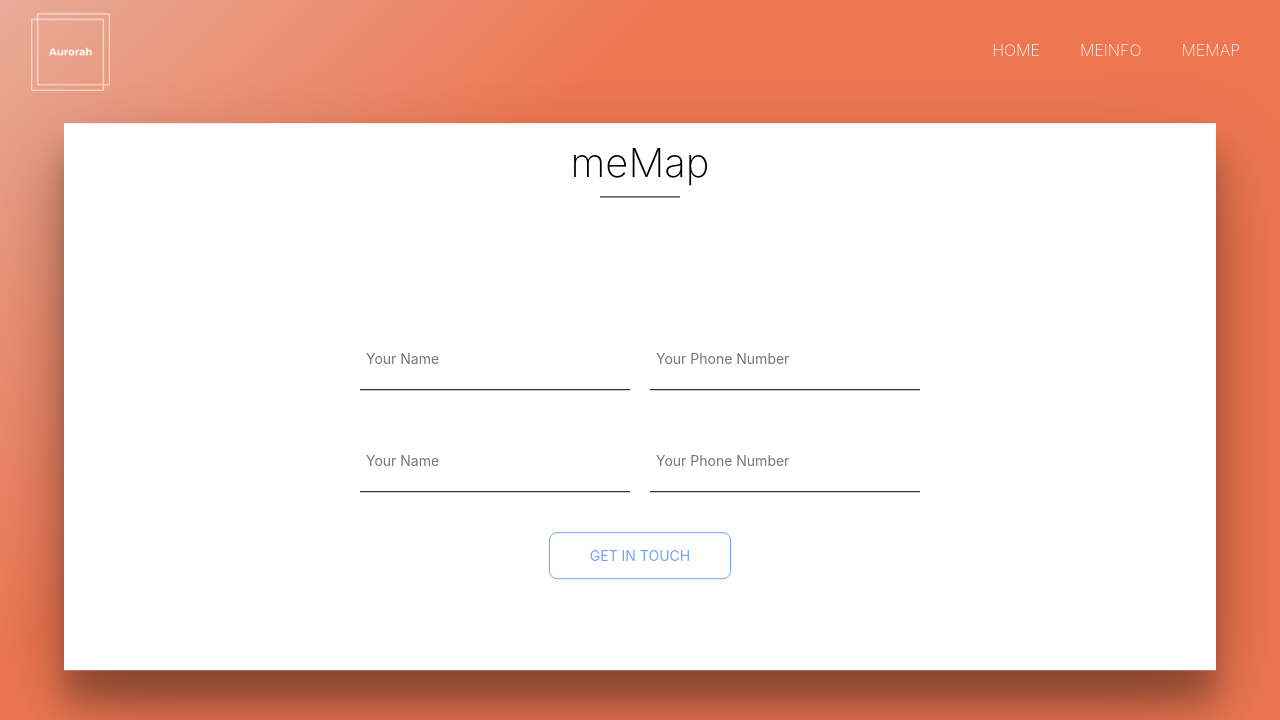
Repository: aasirvalji/saferMe
Page: /alt
An editor plug-in stored every save of this project. The page is shown before and after the next save, followed by the edit.
The browser window is 1280 px wide. The pictures show the whole page.
The project was rebuilt for these pictures with package versions that can differ from the ones it lists, and the page was loaded fresh each time. Also part of the build but not shown: src/components/Landing.js, src/styles/Services.css, src/components/Services.js, src/styles/MapDisplay.css, src/mapStyles.js, src/components/MapDisplay.js, src/styles/AboutDisplay.css, src/components/AboutDisplay.js and 1 more.

Above is the page before, as saved 2020-02-15 12:52:30.

### public/index.html
<!DOCTYPE html>
<html lang="en">
  <head>
    <meta charset="utf-8" />
    <link rel="icon" href="%PUBLIC_URL%/favicon.ico" />
    <meta name="viewport" content="width=device-width, initial-scale=1" />
    <meta name="theme-color" content="#000000" />
    <meta
      name="description"
      content="Web site created using create-react-app"
    />
    <link rel="apple-touch-icon" href="%PUBLIC_URL%/logo192.png" />
    <!--
      manifest.json provides metadata used when your web app is installed on a
      user's mobile device or desktop. See https://developers.google.com/web/fundamentals/web-app-manifest/
    -->
    <link rel="manifest" href="%PUBLIC_URL%/manifest.json" />
    <!--
      Notice the use of %PUBLIC_URL% in the tags above.
      It will be replaced with the URL of the `public` folder during the build.
      Only files inside the `public` folder can be referenced from the HTML.

      Unlike "/favicon.ico" or "favicon.ico", "%PUBLIC_URL%/favicon.ico" will
      work correctly both with client-side routing and a non-root public URL.
      Learn how to configure a non-root public URL by running `npm run build`.
    -->

    <link
    rel="stylesheet"
    href="https://maxcdn.bootstrapcdn.com/bootstrap/4.3.1/css/bootstrap.min.css"
    integrity="sha384-ggOyR0iXCbMQv3Xipma34MD+dH/1fQ784/j6cY/iJTQUOhcWr7x9JvoRxT2MZw1T"
    crossorigin="anonymous"
  />

  <link rel="stylesheet" href="https://use.fontawesome.com/releases/v5.7.2/css/all.css" integrity="sha384-fnmOCqbTlWIlj8LyTjo7mOUStjsKC4pOpQbqyi7RrhN7udi9RwhKkMHpvLbHG9Sr" crossorigin="anonymous">

    <title>Aurorah</title>
  </head>
  <body>
    <noscript>You need to enable JavaScript to run this app.</noscript>
    <div id="root"></div>
    <!--
      This HTML file is a template.
      If you open it directly in the browser, you will see an empty page.

      You can add webfonts, meta tags, or analytics to this file.
      The build step will place the bundled scripts into the <body> tag.

      To begin the development, run `npm start` or `yarn start`.
      To create a production bundle, use `npm run build` or `yarn build`.
    -->
  </body>
</html>

### src/App.js
import React from 'react';
import './App.css';
import Navigate from './components/Navigate'
import Landing from './components/Landing'
import Services from './components/Services'
import MapDisplay from './components/MapDisplay'
import AltDisplay from './components/AltDisplay'
import AboutDisplay from './components/AboutDisplay'

import SampleDisplay from './components/SampleDisplay';


import {
  BrowserRouter as Router,
  Switch,
  Route,
} from "react-router-dom";

class App extends React.Component { //when working with any type of data, call it in App then pass to comp on interest

  constructor(props) {
    super(props);

  }

/* start api sample */
/*
  componentDidMount() {
    fetch("https://api.example.com/items")
      .then(res => res.json())
      .then(
        (result) => {
          this.setState({
            isLoaded: true,
            items: result.items
          });
        },
        // Note: it's important to handle errors here
        // instead of a catch() block so that we don't swallow
        // exceptions from actual bugs in components.
        (error) => {
          this.setState({
            isLoaded: true,
            error
          });
        }
      )
  }
  */
/* end api sample */
  render(){


  return (
    <Router>
    <div className="App">

    <Switch>

    <Route exact path="/">
    <div className='landing-div'>
    <Navigate></Navigate>
    <Landing></Landing>
    <img className='wave' src='https://www.ochrehealth.com.au/wp-content/uploads/2018/10/slider-wave.png' alt=''></img>  {/* wave pattern*/}
    </div>
    {/* services placement*/}
    {/* maps placement*/}
    </Route>

    <Route path="/about">
    <div className='about-background'>
    <Navigate></Navigate>

    <AboutDisplay></AboutDisplay>
    </div>
    </Route>

    <Route path="/map">
    <div className='map-background'>
    <Navigate></Navigate>

  <MapDisplay></MapDisplay>
    </div>
    </Route>

    <Route path="/graph">
    <div className='graph-background'>
    <Navigate></Navigate>


    </div>
    </Route>

    <Route path="/alt">
    <div className='alt-background'>
    <Navigate></Navigate>

    <AltDisplay></AltDisplay>
    </div>
    </Route>

    </Switch>

    </div>
    </Router>

  );
  }
}

export default App;

### src/App.css
.landing-div {
    height: 100vh;
	background: linear-gradient(-45deg, #ee7752, #e73c7e,#FF4136, #85144b);
	background-size: 400% 400%;
    animation: gradient 10s ease infinite;

}


@keyframes gradient {
	0% {
		background-position: 0% 50%;
	}
	50% {
		background-position: 100% 50%;
	}
	100% {
		background-position: 0% 50%;
	}
}

.landing-div .wave{
    margin-right: 20vh;
    height: 15vh;
    width: 100%;
    position: absolute;
    bottom: 0;
}

@media screen and (max-width:700px) {

    .landing-div {
        height: 110vh;
    }

    .landing-div .wave{
    display: none;
    }

}

.about-background{
    background: linear-gradient(-45deg, #23a6d5, #23a6d5,#23a6d5, #acceda);
    height: 100vh;
}

.map-background{
    background: linear-gradient(-45deg, #5444c4, #5444c4,#5444c4, #908ab9);
    height: 100vh;
}

.graph-background{
    background: linear-gradient(-45deg, #e73c7e, #e73c7e,#e73c7e, #e0a0b9);
    height: 100vh;
}

.alt-background{
    background: linear-gradient(-45deg, #ee7752, #ee7752,#ee7752, #e7ab98);
    height: 100vh;
}

### src/components/Navigate.js
import React from 'react';
import '../styles/Navigate.css';
import {}
from 'react-bootstrap';
import img from '../assets/Au.png'

import { Link } from "react-router-dom";


function Navigate() {
    return (
    <>
  <div class="header">
    <h2 class="logo"><img src={img}></img></h2>
    <input type="checkbox" id="chk"></input>
    <label for="chk" class="show-menu-btn">
      <i class="fas fa-ellipsis-h"></i>
    </label>

    <ul class="menu">
      <Link to="/"><a>Home</a></Link>
      {/*<Link to="/about"><a>About</a></Link>*/}
      <Link to="/alt"><a>meInfo</a></Link>
      <Link to="/map"><a>meMap</a></Link>
      {/*<Link to="/graph"><a>eGraph</a></Link>*/}

      <label for="chk" class="hide-menu-btn">
        <i class="fas fa-times"></i>
      </label>
    </ul>
  </div>
</>
);
}


export default Navigate;

### src/components/AltDisplay.js
import React from 'react';
import '../styles/AltDisplay.css'




class AltDisplay extends React.Component{

  constructor(props){
    super(props);

    this.state = {username: '',
    userNumber: '',
    emergencyName: '',
    emergencyNumber: '',
  };

    this.handleChange = this.handleChange.bind(this);
    this.handleSubmit = this.handleSubmit.bind(this);
}

handleChange = (event) => {
  this.setState({
  [event.target.name] : event.target.value
})
}

handleSubmit(event) {

  alert('A name was submitted: ' + this.state.username);
  console.log(this.state.userNumber)
  console.log(this.state.emergencyName)
  console.log(this.state.emergencyNumber)
  event.preventDefault();
}

render(){
    return(
        <>

<div className='alt-con'>

<div className='alt-header'>
<h1>meMap</h1>
</div>

<form class="contact-section" onSubmit={this.handleSubmit}>
      <div class="inner-width">

        <input type="text" class="name" placeholder="Your Name" name = 'username'
        value={this.state.value} onChange={this.handleChange} ></input>

       <input type="number" class="email" placeholder="Your Phone Number" name ="userNumber"
       username={this.state.username} onChange={this.handleChange} ></input>

      <input type="text" class="name" placeholder="Your Name" name = 'emergencyName'
        value={this.state.value} onChange={this.handleChange} ></input>

       <input type="number" class="email" placeholder="Your Phone Number" name ="emergencyNumber"
       username={this.state.username} onChange={this.handleChange} ></input>

        <button type='submit' value="Submit">Get in touch</button>
      </div>
    </form>

</div>

        </>
    )
}
}


export default AltDisplay;

### src/styles/Navigate.css
/* Start Navbar */

.header{
    height: 100px;
    background: transparent;
    padding: 0 20px;
    color: white;
    font-weight: 200;
  }
  .logo{
    line-height: 100px;
    float: left;
  }

  .header h2{
    font-weight: 200;
  }

  .header img{
    width: 12vh;
    height: 12vh;
    margin-left: 1vh;
  }

  .menu{
    float: right;
    line-height: 100px;
  }
  .menu a{
    color: white;
    text-transform: uppercase;
    text-decoration: none;
    padding: 0 10px;
    transition: 0.4s;
  }
  .show-menu-btn,.hide-menu-btn{
    transition: 0.4s;
    font-size: 30px;
    cursor: pointer;
    display: none;
  }
  .show-menu-btn{
    float: right;
  }
  .show-menu-btn i{
    line-height: 100px;
  }
  .menu a:hover,
  .show-menu-btn:hover,
  .hide-menu-btn:hover{
    transition: .5s;
    color: black;
  }

  #chk{
    position: absolute;
    visibility: hidden;
    z-index: -1111;
  }

  .content{
    padding: 0 20px;
  }
  .content img{
    width: 100%;
    max-width: 700px;
    margin: 20px 0;
  }
  .content p{
    text-align: justify;
  }

  @media screen and (max-width:800px) {
    .show-menu-btn,.hide-menu-btn{
      display: block;
    }
    .menu{
      position: fixed;
      width: 100%;
      height: 100vh;
      background: linear-gradient(-45deg, #ee7752, #e73c7e,#5444c4, #23a6d5);
      right: -100%;
      top: 0;
      text-align: center;
      padding: 80px 0;
      line-height: normal;
      transition: 0.7s;
      z-index: 1000;
    }
    .menu a{
      display: block;
      padding: 20px;
    }

    .menu a:hover{
      cursor: pointer;
    }

    .hide-menu-btn{
      position: absolute;
      top: 40px;
      right: 40px;
    }
    #chk:checked ~ .menu{
      right: 0;
    }
  }

  /* End Navbar */

### src/styles/Landing.css


  * {
    box-sizing: border-box;
    margin: 0;
    padding: 0;
  }


  h1 {
    line-height: 1.3;

  }

  img {
    width: 90%;
  }

  .container {
    max-width: 1200px;
    margin: auto;
    padding: 0 2rem;
    margin-top: 13vh;
  }

  .container h1, p{
    margin-top: 10vh;
    color: white;
  }

  .main-header{
    -webkit-animation: fadein 4s; /* Safari, Chrome and Opera > 12.1 */
    -moz-animation: fadein 4s; /* Firefox < 16 */
     -ms-animation: fadein 4s; /* Internet Explorer */
      -o-animation: fadein 4s; /* Opera < 12.1 */
         animation: fadein 4s;
  }

  .main-subheader{
    -webkit-animation: fadein 4s; /* Safari, Chrome and Opera > 12.1 */
    -moz-animation: fadein 4s; /* Firefox < 16 */
     -ms-animation: fadein 4s; /* Internet Explorer */
      -o-animation: fadein 4s; /* Opera < 12.1 */
         animation: fadein 4s;
  }

  .section-a {
    margin: 2rem 0;
  }

  .section-a .container {
    display: grid;
    grid-template-columns: 1fr 1fr;
    grid-gap: 3rem;
    align-items: center;
    justify-content: center;
  }

  .section-a h1 {
    font-size: 4rem;
    font-weight: 200;
  }

  .section-a p {
    font-size: 1.1rem;
    margin: 1rem 0 0 .775vh;
    font-weight: 200;
  }

  .floating{
    animation-name: floating;
    animation-duration: 3s;
    animation-iteration-count: infinite;
    animation-timing-function: ease-in-out;
    z-index: 100;
  }


  @keyframes floating {
    from { transform: translate(0,  0px); }
    50%  { transform: translate(0, 20px); }
    to   { transform: translate(0, -0px); }
}

  @media (max-width: 700px) {
    .section-a .container {
      grid-template-columns: 1fr;
      text-align: center;
    }

    .section-a .container div:first-child {
      order: 2;
    }

    .section-a .container div:nth-child(2) {
      order: -1;
    }

    .section-a img {
      width: 80%;
      margin: auto;
    }
  }

/* fade in animation*/

@keyframes fadein {
  from { opacity: 0; }
  to   { opacity: 1; }
}

/* Firefox < 16 */
@-moz-keyframes fadein {
  from { opacity: 0; }
  to   { opacity: 1; }
}

/* Safari, Chrome and Opera > 12.1 */
@-webkit-keyframes fadein {
  from { opacity: 0; }
  to   { opacity: 1; }
}

/* Internet Explorer */
@-ms-keyframes fadein {
  from { opacity: 0; }
  to   { opacity: 1; }
}

/* Opera < 12.1 */
@-o-keyframes fadein {
  from { opacity: 0; }
  to   { opacity: 1; }
}

### src/styles/AltDisplay.css
/* Try adding wave to Navbar */

.alt-con{
    transform: translateY(1vh);
    color: black;
    width: 90%;
    height: 76vh;
    margin: 15px auto;
    background: white;
    overflow: hidden;
    position: relative;
    top: 0;
    -webkit-box-shadow: 0 38px 76px rgba(0, 0, 0, 0.3), 0 30px 24px rgba(0, 0, 0, 0.22);
            box-shadow: 0 38px 76px rgba(0, 0, 0, 0.3), 0 30px 24px rgba(0, 0, 0, 0.22);
            overflow-y: auto;
}

.alt-con p{
    color: white;
}

.alt-header h1{
    color: black;
    text-align: center;
    font-weight: 200;
    margin-top: 2vh;
    margin-bottom: 8vh;
}

.alt-header h1:after {

    content: '';
    transform: translateY(1vh);
    margin: auto;
    border-bottom: .1vh solid black;
    width: 11vh;
    display: block;

}

.alt-details p{
    font-weight: 300;
    margin: auto;
    color: black;
    text-align: center;
    width: 50%;
    margin-bottom: 3vh;
}

.alt-details img{
    display: block;
    margin: 0 auto;
    height: 40vh;
    width: 50vh;
}

/* sample */

.middle{
    position: relative;
    margin: auto;
  }

  .task-list{
    width: 400px;
    padding: 40px;
    background: linear-gradient(-45deg, #ee7752, #ee7752,#ee7752, #e7ab98);
    background-size: cover;
  }
  .task-list h2{
    color: #fff;
    font-weight: 220;
  }
  .task{
    display: flex;
    padding: 10px 0;
    align-items: center;
    cursor: pointer;
    font-weight: 220;
  }

  .task input{
    position: absolute;
    visibility: hidden;
  }

  .task i{
    display: inline-block;
    width: 48px;
    height: 48px;
    border-radius: 50%;
    border: 1px solid white;
    text-align: center;
    line-height: 48px;
    font-size: 20px;
    margin-right: 14px;
    color: transparent;
  }

  .text{
    font-size: 18px;
    color: #fff;
  }

  .task input:checked ~ i{
    color: white;
  }

  .task input:checked ~ .text{
    text-decoration: line-through;
    color: white;
  }












  .contact-section{
    background: transparent;
    padding: 80px 0;
    text-align: center;
  }

  .inner-width{
    max-width: 600px;
    margin: auto;
    padding: 0 20px;
  }

  .contact-section h1{
    font-size: 20px;
    color: #000000;
    margin-bottom: 40px;
    text-transform: uppercase;
    letter-spacing: 4px;
    font-weight: 400;
  }

  .name,.email{
    background: none;
    border:none;
    outline: none;
    border-bottom: 1px solid;
    color: #000000;
    padding: 20px 6px;
    font-size: 14px;
    margin-bottom: 40px;
  }

  .name{
    float: left;
    width: 270px;
  }

  .email{
    float: right;
    width: 270px;
  }

  .message{
    min-width: 100%;
    max-width: 100%;
  }


  .contact-section button{
    background: none;
    color: #70a1ff;
    border: 1px solid #70a1ff;
    padding: 12px 40px;
    border-radius: 8px;
    text-transform: uppercase;
    font-size: 14px;
    transition: 0.4s linear;
    cursor: pointer;
  }

  .contact-section button:hover{
    background: #70a1ff;
    color: #fff;
  }


  @media screen and (max-width:600px){
    .name,.email{
      width: 100%;
    }
  }

Loaded but not shown: src/index.js (common file); src/index.css (common file); src/serviceWorker.js (common file)

After the next save:
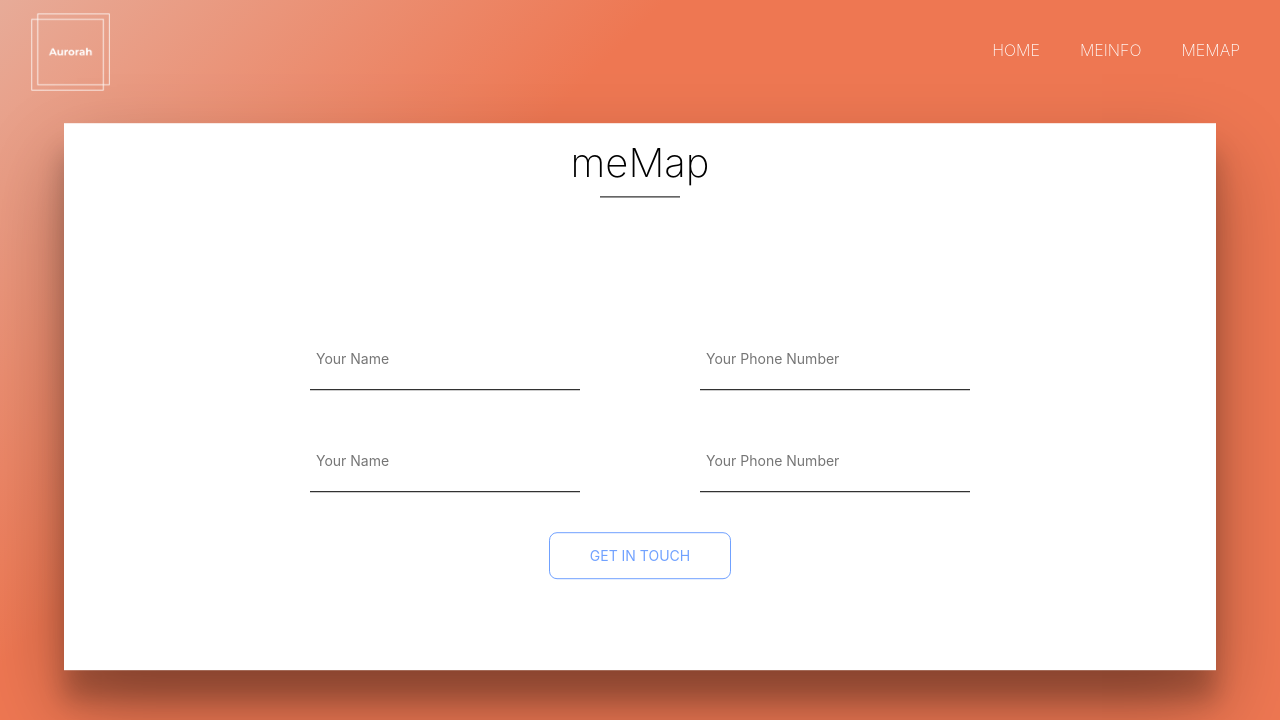
Saved 50 s later.
--- a/src/styles/AltDisplay.css
+++ b/src/styles/AltDisplay.css
@@ -129,7 +129,7 @@
   }
 
   .inner-width{
-    max-width: 600px;
+    max-width: 700px;
     margin: auto;
     padding: 0 20px;
   }
